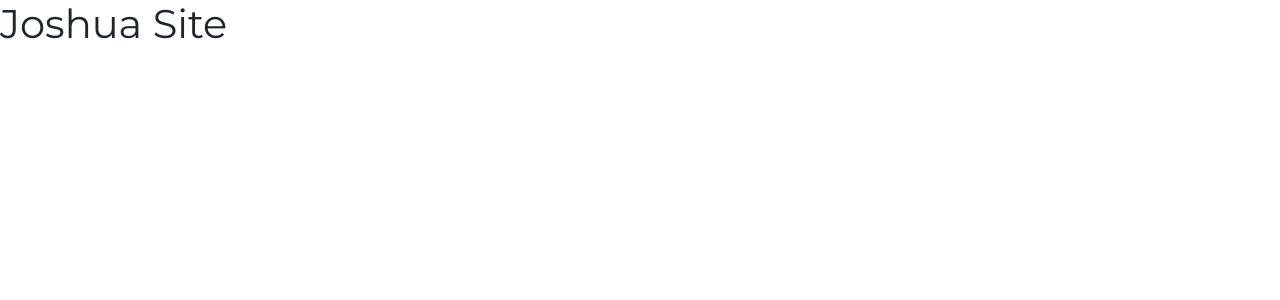
Repository: jacgit18/portfolio
Page: src/startup_files/index.html
These files come from the project's save history. The page is drawn as it stood at one moment and after the next save; the edit follows.
The browser window is 1280 px wide. The pictures show the whole page.

Above is the page before, as saved 2021-04-23 09:10:39.

After the next save:
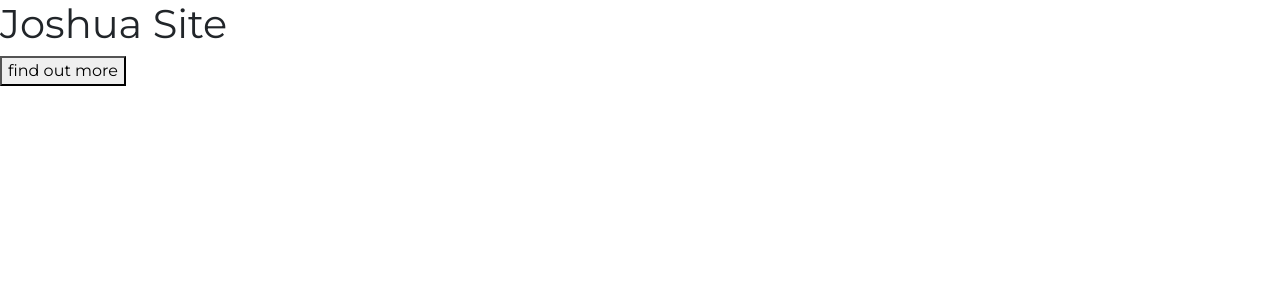
Saved 32 s later.
--- a/src/startup_files/index.html
+++ b/src/startup_files/index.html
@@ -15,5 +15,6 @@
   <body>
 
     <h1>Joshua Site </h1>
+    <button>find out more</button>
   </body>
 </html>
